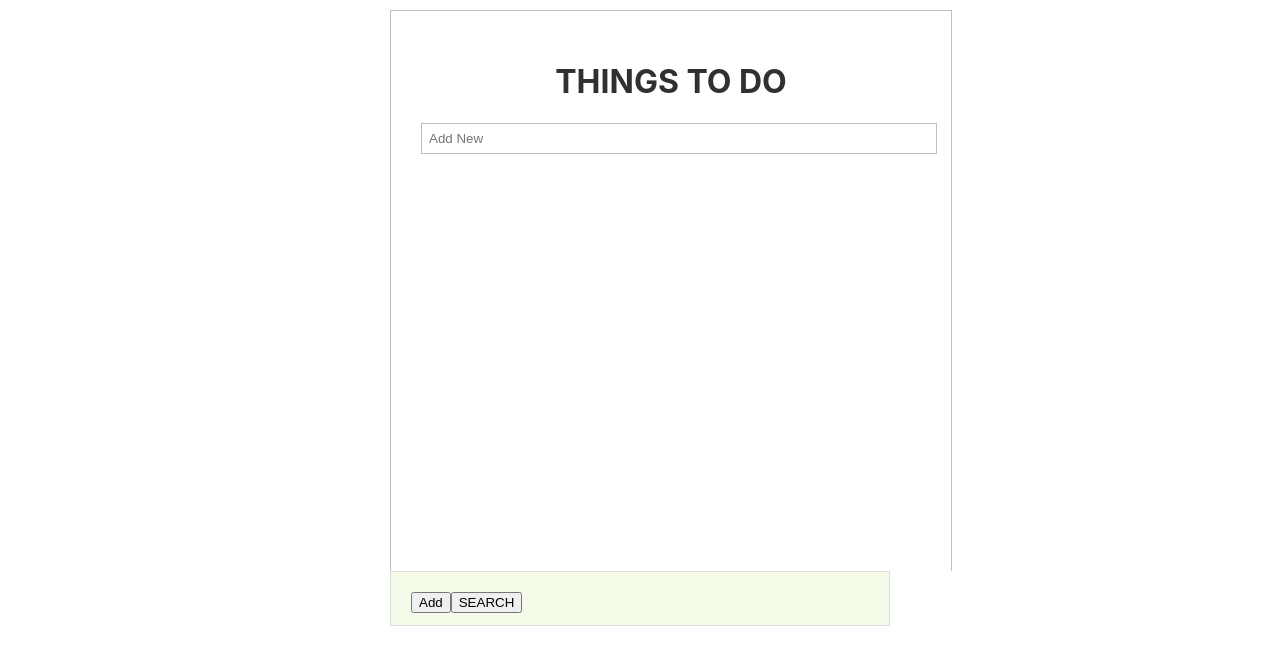
Repository: kirangautam45/To-Do-Application
Page: /
The author's editor kept a copy of each file at every save. The page is drawn from the files as they stood at one save, then again after a run of saves.
The browser window is 1280 px wide. The pictures show the whole page.
The project was rebuilt for these pictures with package versions that can differ from the ones it lists, and the page was loaded fresh each time.

Above is the page before, as saved 2022-08-11 12:50:56.

### src/App.js
import './App.css';

function App() {
  return (
    <div>
      <div className='Body'>
      <div className='To_Body'>
        <h1 className='Header'> THINGS TO DO</h1>
        <input className='Input_text' placeholder='Add New' />
        </div>
        <div className='Wrapper_Icon_group'>
          <div  className='Icon_group'>
          <button >Add</button>
          <button>SEARCH</button>
          </div>
          </div>
        </div>
    </div>
  );
}

export default App;

### src/App.css
.Body {
  background-color: #ccc;
  width: 500px;
 margin: 10px auto;
display: 'flex';

}
.Header{
  text-align: center;
  color:rgb(49, 48, 48);
}
.To_Body{
min-width: 500px;
min-height: 500px ;
justify-content: center;
background-color: #ffffff;
padding: 30px;
border: 1px rgb(192, 191, 191);
    border-top-style: none;
    border-right-style: none;
    border-left-style: none;
border-style: solid solid none;
}
.Input_text{
  outline: none;
  width: 100%;
  padding: 7px;
  border: 1px solid  rgb(192, 191, 191);
  margin-bottom: 2%;
}
.Wrapper_Icon_group{
  height: auto;
  width: auto;
justify-content: space-between;
border: 1px solid #ddd;
background-color: #f4fbe8;
padding: 12px 20px;
font-weight: 300
}
.Icon_group {
  height: auto;
  width: auto;
  align-items: left;
  color: rgb(201, 42, 42);
  font-size: 24px;
  margin-right: 5px;
  cursor: pointer;
  height: 1;
  margin: 2;
  padding: 5;

}

Loaded but not shown: public/index.html (common file); src/index.js (common file); src/index.css (common file)

After the next 3 saves:
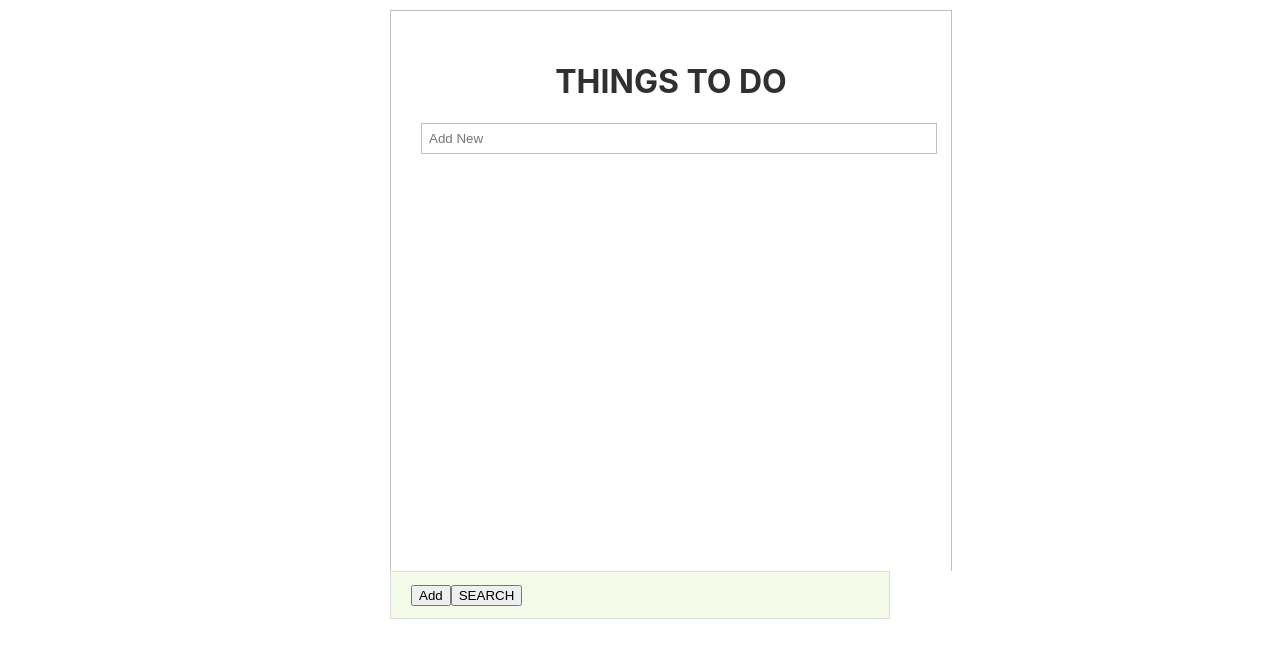
The 3 saves are shown as one change because they came seconds apart.
The last was saved 16 s later.
--- a/src/App.css
+++ b/src/App.css
@@ -37,7 +37,7 @@ background-color: #f4fbe8;
 padding: 12px 20px;
 font-weight: 300
 }
-.Icon_group {
+.Icon_button {
   height: auto;
   width: auto;
   align-items: left;
